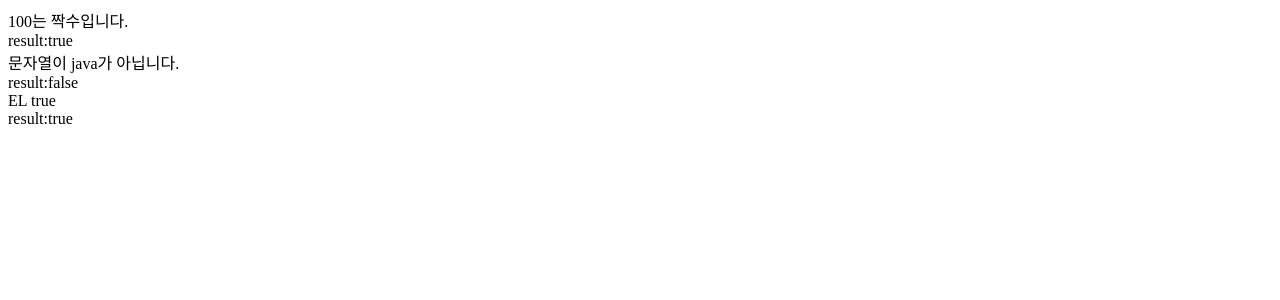
Repository: hyojinx/JspStudy
Page: http://localhost/jspstudy/11JSTL/If.jsp
An editor plug-in stored every save of this project. The page is shown before and after the next save, followed by the edit.
The browser window is 1280 px wide. The pictures show the whole page.
The page is served by Tomcat 9.

Above is the page before, as saved 2023-04-10 02:13:30.

After the next save:
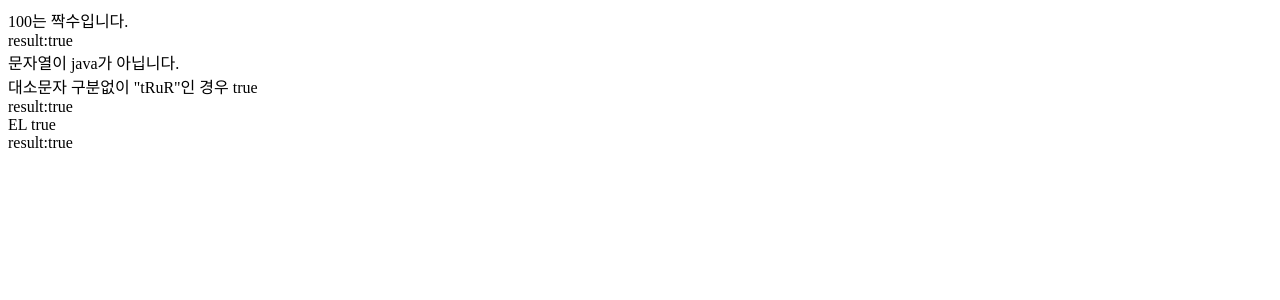
Saved 14 s later.
--- a/jspstudy/src/main/webapp/11JSTL/If.jsp
+++ b/jspstudy/src/main/webapp/11JSTL/If.jsp
@@ -25,7 +25,7 @@
 		문자열이 java가 아닙니다.<br>
 	</c:if>
 
-	<c:if test="tRuR" var="result3">
+	<c:if test="tRuE" var="result3">
 		대소문자 구분없이 "tRuR"인 경우 true<br>
 	</c:if>
 		result:${result3 }<br>
